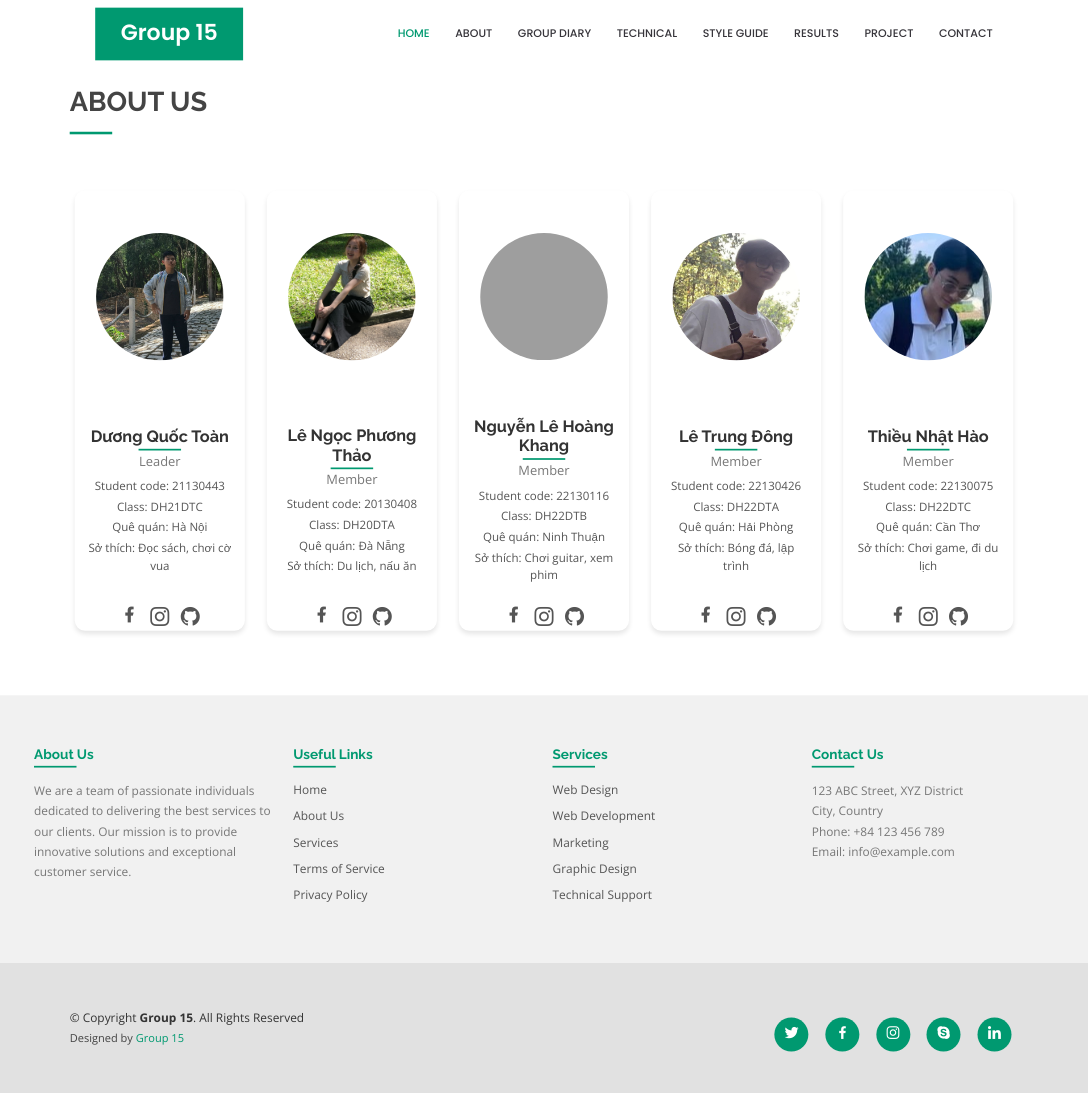
Repository: HoangKhangKhuPho4/Group_Web
Page: about.html
An editor plug-in stored every save of this project. The page is shown before and after the next save, followed by the edit.
The browser window is 1280 px wide. The pictures show the whole page, at 85% of full size.
Pictures or frames that could not be fetched are drawn as grey boxes.

Above is the page before, as saved 2024-10-20 08:58:45.

After the next save:
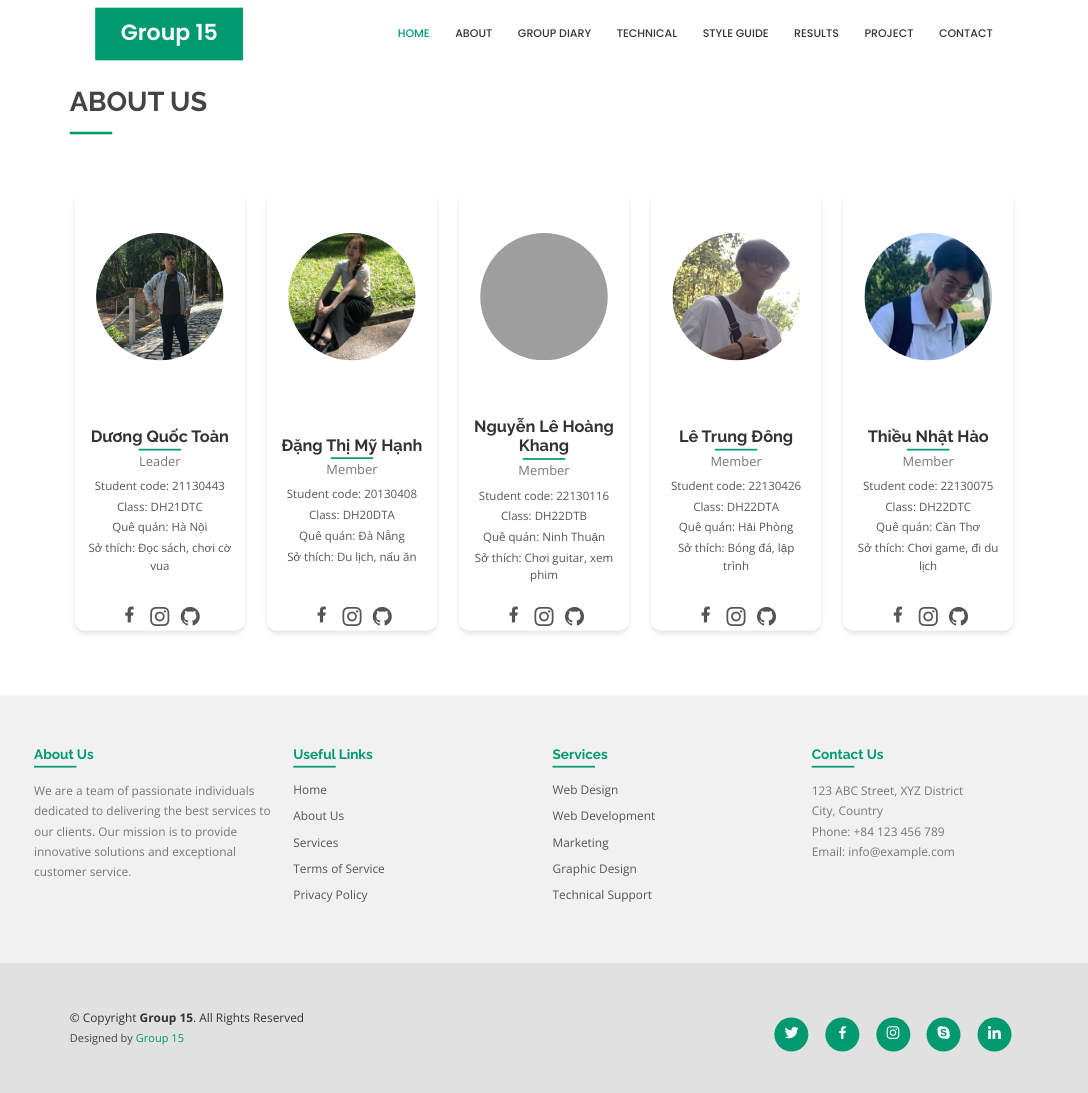
Saved 103 s later.
--- a/about.html
+++ b/about.html
@@ -297,7 +297,7 @@
                             <img src="assets/img/team/team-2.jpg" alt="Lê Ngọc Phương Thảo">
                         </div>
                         <div class="member-info">
-                            <h4>Lê Ngọc Phương Thảo</h4>
+                            <h4>Đặng Thị Mỹ Hạnh</h4>
                             <span>Member</span>
                             <p>Student code: 20130408</p>
                             <p>Class: DH20DTA</p>
